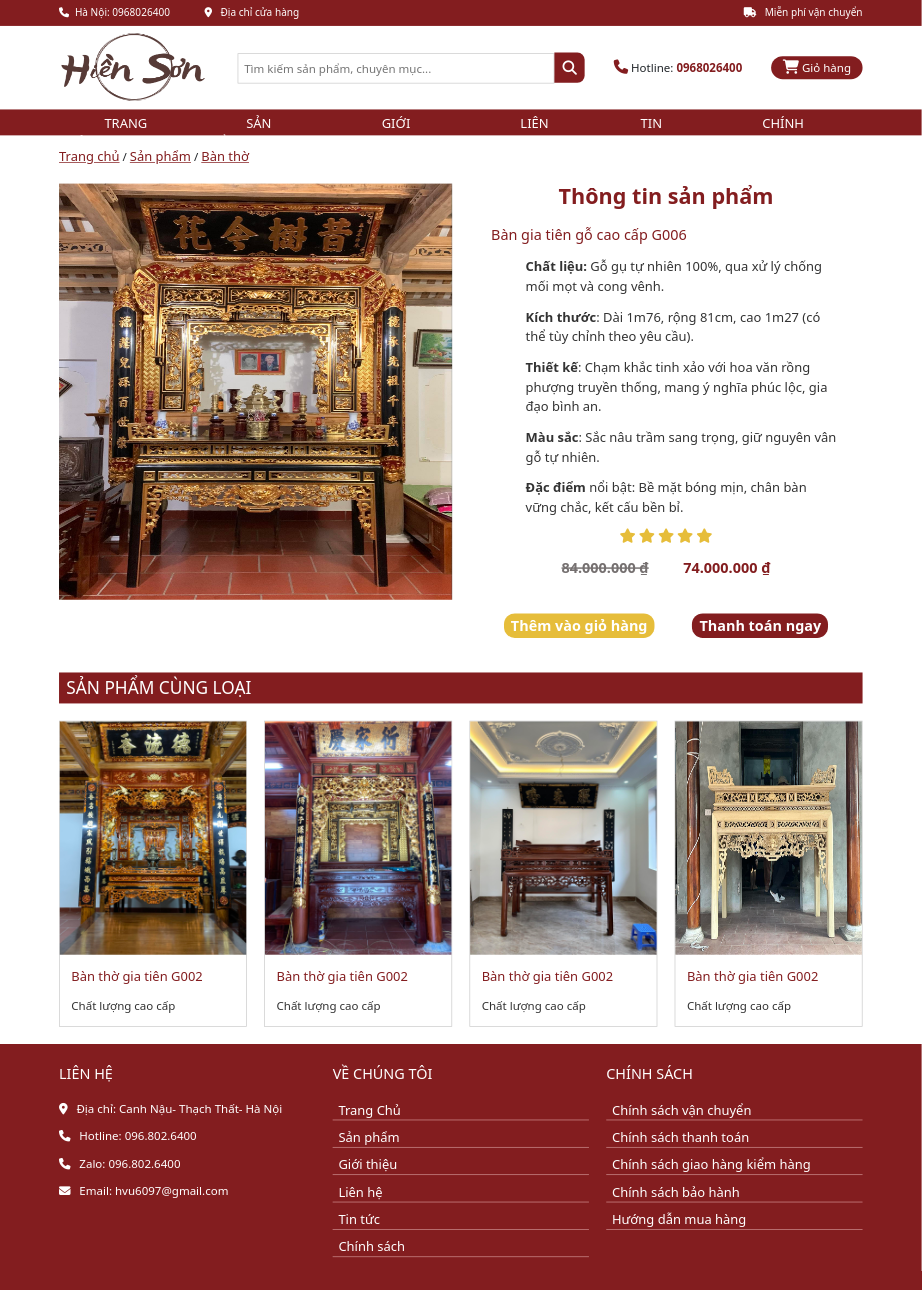
Repository: hoang28092000/do_go_hien_son
Page: product_details/ban_tho-g006.html
An editor plug-in stored every save of this project. The page is shown before and after the next save, followed by the edit.
The browser window is 1280 px wide. The pictures show the whole page, at 72% of full size.
Some web libraries are served in a nearby version.

Above is the page before, as saved 2024-08-10 22:10:30.

### product_details/ban_tho-g006.html
<!DOCTYPE html>
<html lang="en">
<head>
    <meta charset="UTF-8">
    <meta name="viewport" content="width=device-width, initial-scale=1.0">
    <link rel="stylesheet" href="../asset/style.css">
    <link rel="stylesheet" href="https://cdnjs.cloudflare.com/ajax/libs/font-awesome/6.6.0/css/all.min.css" integrity="sha512-Kc323vGBEqzTmouAECnVceyQqyqdsSiqLQISBL29aUW4U/M7pSPA/gEUZQqv1cwx4OnYxTxve5UMg5GT6L4JJg==" crossorigin="anonymous" referrerpolicy="no-referrer" />
    <link href="https://cdn.jsdelivr.net/npm/bootstrap@5.3.3/dist/css/bootstrap.min.css" rel="stylesheet" integrity="sha384-QWTKZyjpPEjISv5WaRU9OFeRpok6YctnYmDr5pNlyT2bRjXh0JMhjY6hW+ALEwIH" crossorigin="anonymous">
    <title>Bàn thờ gia tiên G006</title>
</head>
<body>
    <div id="header">
        <div class="top_header">
            <div class="container">
                <div class=" d-flex align-items-center justify-content-between pt-1">
                    <div class="d-flex">
                        <p class="mb-0 me-5"><a href="" class="txt-th">
                            <i class="fa-solid fa-phone icon-th pe-2"></i>Hà Nội: 0968026400
                        </a></p>
                        <p class="mb-0"><a href="" class="txt-th">
                            <i class="fa-solid fa-location-dot icon-th pe-2"></i>
                        Địa chỉ cửa hàng</a></p>
                    </div>
                    <p class="mb-0"><a href="" class="txt-th">
                        <i class="fa-solid fa-truck icon-th pe-2"></i>
                    Miễn phí vận chuyển</a></p>
                </div>
            </div>
        </div>
    </div>

        <div class="main_header py-2">
            <div class="container">
                <ul class="d-flex justify-content-between align-items-center ps-0 mb-0">
                    <li class="logo-hs">
                        <a href="../index.html"><img src="../asset/image/logo_1.png" class="logo-hd" alt=""></a>
                    </li>
                    <li class="search-hd">
                        <input type="text" class="input-search-hd" placeholder="Tìm kiếm sản phẩm, chuyên mục..."><i class="fa-solid fa-magnifying-glass icon-search_hd"></i>
                    </li>

                    <li class="contact-hd">
                        <i class="fa-solid fa-phone icon-hd "></i>
                        <span class="txt-hd">Hotline: <b style="color: #831d1f;">0968026400</b></span>
                    </li>

                    <li class="cart-hd">
                        <p class="mb-0 cart-list py-1 px-3">
                            <i class="fa-solid fa-cart-shopping icon-cart"></i><span class="txt-cart"> Giỏ hàng</span>
                        </p>
                    </li>
                </ul>
            </div>
        </div>

        <div class="bottom_header">
            <div class="container">
                <ul class="links d-flex justify-content-center align-items-center mb-0 ps-0">
                    <li class="link "><a href="../index.html" class="txt-link">TRANG CHỦ</a></li>
                    <li class="link"><a href="../website/product.html" class="txt-link">SẢN PHẨM</a></li>
                    <li class="link"><a href="../website/about-us.html" class="txt-link">GIỚI THIỆU</a></li>
                    <li class="link"><a href="../website/contact.html" class="txt-link">LIÊN HỆ</a></li>
                    <li class="link"><a href="../website/news.html" class="txt-link">TIN TỨC</a></li>
                    <li class="link"><a href="../website/policy.html" class="txt-link">CHÍNH SÁCH</a></li>
                 </ul>
            </div>
        </div>
    </div>
    <div class="main-product_details">
        <div class="container">
            <div class="links-product_details pt-3 pb-4">
                <a href="../index.html" class="link-pd">Trang chủ</a>
                <span class="slash"> /</span>
                <a href="../website/product.html" class="link-pd">Sản phẩm</a>
                <span class="slash"> /</span>
                <a href="../website/product.html" class="link-pd">Bàn thờ</a>
            </div>

            <div class="card-p_details">
                <div class="row">
                    <div class="col-lg-6">
                        <img src="../asset/image/anhn1.jfif" alt="" class="img-p_details w-100">
                    </div>
                    <div class="col-lg-6">
                        <div class="info-p_details">
                            <h3 class="name-p_details">
                                Thông tin sản phẩm
                            </h3>

                            <div class="desc-info-pd">
                                <p class="heading-pd">
                                    Bàn gia tiên gỗ cao cấp G006
                                </p>
                                <p class="txt-pd ps-5">
                                    <b>Chất liệu:</b> Gỗ gụ tự nhiên 100%, qua xử lý chống mối mọt và cong vênh.
                                </p>
                                <p class="txt-pd ps-5">
                                    <b>Kích thước</b>: Dài 1m76, rộng 81cm, cao 1m27 (có thể tùy chỉnh theo yêu cầu).
                                </p>
                                <p class="txt-pd ps-5">
                                    <b>Thiết kế</b>: Chạm khắc tinh xảo với hoa văn rồng phượng truyền thống, mang ý nghĩa phúc lộc, gia đạo bình an.
                                </p>
                                <p class="txt-pd ps-5">
                                    <b>Màu sắc</b>: Sắc nâu trầm sang trọng, giữ nguyên vân gỗ tự nhiên.
                                </p>
                                <p class="txt-pd ps-5">
                                    <b>Đặc điểm</b> nổi bật: Bề mặt bóng mịn, chân bàn vững chắc, kết cấu bền bỉ.
                                </p>
                                <div class="evaluate ">
                                    <i class="fa-solid fa-star icon-star"></i>
                                    <i class="fa-solid fa-star icon-star"></i>
                                    <i class="fa-solid fa-star icon-star"></i>
                                    <i class="fa-solid fa-star icon-star"></i>
                                    <i class="fa-solid fa-star icon-star"></i>

                                </div>
                                <div class="prices-pd d-flex justify-content-center my-3">
                                    <p class="price-pd mb-0">84.000.000 ₫</p>
                                    <p class="price_sold_out mb-0 ps-5">74.000.000 ₫</p>
                                </div>
                                <div class="pay text-center mt-5" >
                                    <button class="add_cart me-5">Thêm vào giỏ hàng</button>
                                    <button class="buy">Thanh toán ngay</button>
                                </div>
                        </div>
                    </div>
                </div>
            </div>
            <h3 class="title-pd mt-5">
                SẢN PHẨM CÙNG LOẠI
            </h3>
            <div class="pd-relate my-4">
                <div class="row">
                    <div class="col-lg-3">
                        <a href="" class="a-link_pd">
                            <div class="card-pd">
                                <img src="../asset/image/anhn3.jfif" alt="this is picture" class="w-100 img-relate">
                                <p class="name-product_r mt-3 px-3">Bàn thờ gia tiên G002</p>
                                <p class="info-pd_r px-3">Chất lượng cao cấp</p>
                            </div>
                        </a>
                    </div>
                    <div class="col-lg-3">
                        <a href="" class="a-link_pd">
                            <div class="card-pd">
                                <img src="../asset/image/anhn4.jfif" alt="this is picture" class="w-100 img-relate">
                                <p class="name-product_r mt-3 px-3">Bàn thờ gia tiên G002</p>
                                <p class="info-pd_r px-3">Chất lượng cao cấp</p>
                            </div>
                        </a>
                    </div>
                    <div class="col-lg-3">
                        <a href="" class="a-link_pd">
                            <div class="card-pd">
                                <img src="../asset/image/anhn5.jfif" alt="this is picture" class="w-100 img-relate">
                                <p class="name-product_r mt-3 px-3">Bàn thờ gia tiên G002</p>
                                <p class="info-pd_r px-3">Chất lượng cao cấp</p>
                            </div>
                        </a>
                    </div>
                    <div class="col-lg-3">
                        <a href="" class="a-link_pd">
                            <div class="card-pd">
                                <img src="../asset/image/anhn7.jfif" alt="this is picture" class="w-100 img-relate">
                                <p class="name-product_r mt-3 px-3">Bàn thờ gia tiên G002</p>
                                <p class="info-pd_r px-3">Chất lượng cao cấp</p>
                            </div>
                        </a>
                    </div>
                </div>
            </div>
        </div>
    </div>


    <div id="footer" class="mt-3">
        <div class="container">
            <div class="row">
                <div class="col-lg-4">
                    <h4 class="title-ft">LIÊN HỆ</h4>
                    <ul class="list-info">
                        <li>
                            <i class="fa-solid fa-location-dot icon-ft pe-2"></i>
                            <span class="txt-ft">Địa chỉ: Canh Nậu- Thạch Thất- Hà Nội</span>
                        </li>
                        <li>
                            <i class="fa-solid fa-phone icon-ft pe-2"></i>
                            <span class="txt-ft">Hotline: 096.802.6400</span>
                        </li>
                        <li>
                            <i class="fa-solid fa-phone icon-ft pe-2"></i>
                            <span class="txt-ft">Zalo: 096.802.6400    </span>
                        </li>
                        <li>
                            <i class="fa-solid fa-envelope icon-ft pe-2"></i>
                           <span class="txt-ft">Email: hvu6097@gmail.com</span>
                        </li>
                    </ul>
                </div>
                <div class="col-lg-4">
                    <h4 class="title-ft">
                        VỀ CHÚNG TÔI
                    </h4>
                    <ul class="list-links ps-0">
                        <li class="item-link"><a href="../index.html" class="link-ft">Trang Chủ </a></li>
                        <li class="item-link"><a href="../website/product.html" class="link-ft">Sản phẩm</a></li>
                        <li class="item-link"><a href="../website/about-us.html" class="link-ft">Giới thiệu</a></li>
                        <li class="item-link"><a href="../website/contact.html" class="link-ft">Liên hệ</a></li>
                        <li class="item-link"><a href="../website/news.html" class="link-ft">Tin tức</a></li>
                        <li class="item-link"><a href="../website/policy.html" class="link-ft">Chính sách</a></li>
                    </ul>
                </div>
                <div class="col-lg-4">
                    <h4 class="title-ft">
                       CHÍNH SÁCH
                    </h4>
                    <ul class="list-links ps-0">
                        <li class="item-link"><a href="../website/policy.html" class="link-ft">Chính sách vận chuyển </a></li>
                        <li class="item-link"><a href="../website/policy.html" class="link-ft">Chính sách thanh toán</a></li>
                        <li class="item-link"><a href="../website/policy.html" class="link-ft">Chính sách giao hàng kiểm hàng</a></li>
                        <li class="item-link"><a href="../website/policy.html" class="link-ft">Chính sách bảo hành</a></li>
                        <li class="item-link"><a href="../website/policy.html" class="link-ft">Hướng dẫn mua hàng</a></li>
                    </ul>
                </div>

            </div>
        </div>
    </div>
</body>
</html>

### asset/style.css
*{
    padding: 0px;
    margin: 0px ;
    box-sizing: border-box;
    list-style: none;
}

.top_header{
    height: 36px;
    background-color: #831d1f;
}

.top_header .txt-th{
    color: #fff;
    font-size: 14px;
    text-decoration: none;
    font-weight: 500;
}

.top_header .icon-th{
    color: #fff;
}
.top_header .txt-th:hover,
.top_header .icon-th:hover{
    opacity: 0.7;
}

.main_header .logo-hd{
    height: 100px;
    width: 208px;
}
.main_header .input-search-hd{
    font-size: 16px;
    color: #333;
    padding-left: 8px;
    width: 440px;
    height: 42px;
    border: 1px solid #ccc;
    outline: none;
}
.main_header .icon-search_hd{
    font-size: 20px;
    background-color: #831d1f;
    padding: 11px;
    color: #fff;
    border-radius: 0 10px 10px 0;
}
.main_header .icon-search_hd:hover{
    opacity: 0.7;
    cursor: pointer;
}
.main_header .contact-hd .icon-hd{
    font-size: 20px;
    color: #831d1f;
}
.cart-hd .cart-list{
    background-color: #831d1f;
    border-radius: 16px;
}
.cart-hd .txt-cart{
    font-size: 16px;
    font-weight: 500;
    color: #fff;
}
.cart-hd .icon-cart{
    font-size: 20px;
    color: #fff;
}
.cart-hd .cart-list:hover{
    opacity: 0.7;
    cursor: pointer;
}

.bottom_header{
    height: 36px;
    background-color: #831d1f;
}
.bottom_header .links{
    list-style: none;
    padding-top: 6px;
}

.links .txt-link{
    text-decoration: none;
    font-size: 18px;
    font-weight: 500;
    color: #fff;
    padding: 7px 63px 5px;
}
/* .links .txt-link:first-child{
    padding-left:0 ;

}
.links .txt-link:last-child{
    padding-right:0 ;
} */
.links .txt-link:hover{
    cursor: pointer;
    background-color: #bd7071;
}


/* Main*/
#main{
    padding: 20px 0;
}

.left-main .product_portfolio .txt_portfolio{
    font-size: 18px;
    font-weight: 600;
    padding: 4px 10px 4px 0;
    text-align: center;
    background-color: #831d1f;
    color: #fff;
}

.left-main .list_portfolio .items-product{
    border-bottom: 1px solid #ccc;
    padding: 10px 0 4px;
}

.left-main .list_portfolio .items-product:hover{
    background-color: #bd7071;
    color: #fff;
    cursor: pointer;
}
.left-main .list_portfolio .items-product:hover .txt-porduct {
    color: #fff;
}

.left-main .list_portfolio .txt-porduct{
    font-size: 18px;
    color: #333;
    text-decoration: none;
    padding-left: 4px;
    font-weight: 500;
}

/* right-main */

.right-main .first_news .txt-title{
    font-size: 32px;
    font-weight: 600;
    color: #fff;
    background-color: #831d1f;
    padding-left: 10px;

}
.right-main .first_news .hr-title{
    height: 3px;
    background-color: rgb(83, 19, 19);
}
.right-main .first_news .img-rm{
    height: 700px;
}

.right-main .first_news .title-news{
    font-size: 24px;
    font-weight: 500;
    color: #333;

}
.right-main .first_news .txt-bnews{
    font-size: 22px;
    font-weight: 500;
    color: #333;
}
.right-main .first_news .txt-news{
    font-size: 18px;
    color: 16px;
    padding-left: 40px;
    font-weight: 400;
}

.right-main .first_news  .btxt-news{
    font-size: 20px;
    font-weight: 400;
    color: #333;
    padding-left: 20px;
}


/* Main product */
#main .product .img-product{
    height: 412px;
}
#main .product{
    box-shadow: 0px 0px 5px 4px #ccc;
    padding-bottom: 20px;
}
.link-product{
    text-decoration: none;

}
.product .name-product{
    font-size: 18px;
    color: #333;
    font-weight: 500;
    text-align: center;

}
.product .sold-out{
    font-size: 16px;
    color: #757070;
    text-align: center;
}
.product .price-pr{
    font-size: 18px;
    font-weight: 500;
    color: #757070;
    text-decoration: line-through;
}
.product .price-promotion{
    font-size: 18px;
    font-weight: 500;
    color: #fff;
    background-color: #831d1f;
    border-radius: 20px;
    text-align: center;
    padding: 4px 10px;
}
.product .icon_cart-product{
    font-size: 20px;
    color: #831d1f;
    margin-left: 10px;
}

#main .relate_news .title_relate{
    font-size: 24px;
    color: #fff;
    background-color: #831d1f;
    padding: 8px 0 8px 8px;
}
.relate_news .link-relate{
    text-decoration: none;
}
.relate_news .card-relate{
    padding-bottom: 20px;
    box-shadow: 0px 0px 5px 4px #ccc;
}
.card-relate .img-relate{
    height: 229px;
}
.card-relate .info_relate{
    padding: 20px 20px 0 20px;
}
.card-relate .info_relate .h-relate{
    font: size 18px;
    color: #333;
    font-weight: 500;
}
.card-relate .info_relate .desc-relate{
    font-size: 16px;
    font-weight: 400;
    color: #333;
}




/* main about-us */
.main_about-us .title-as{
    font-size: 30px;
    font-weight: 600;
    color: #831d1f;
    text-align: center;
}
.main_about-us .hr-as{
    width: 200px;
    height: 4px;
    background-color: #831d1f;
    margin: 0 auto;
}
.main_about-us .heading-txt{
    font-size: 20px;
    font-weight: 500;
    color: #333;
}

.main_about-us .desc-as{
    font-size: 18px;
    color: #333;
    line-height: 1.8;
}


/* main contact */

.main-contact .title-contact{
    font-size: 30px;
    font-weight: 600;
    color: #831d1f;
    text-align: center;
}

.main-contact .my-info{
    box-shadow: 0px 0px 5px 4px #ccc;
    padding:  20px ;
    height: 437px;
}
.main-contact .my-info .logo-info{
    width: 100px;
    height: 100px;
    border: 2px double #831d1f;

}
.main-contact .my-info .icon-contact{
    font-size: 20px;
    color: #831d1f;
}

.main-contact .my-info .your-info{
    font-size: 22px;
    font-weight: 500;
    color: #831d1f;
    text-align: center;
}
.main-contact .my-info .txt-yi{
    font-size: 18px;
    color: #333;
    font-weight: 500;
}

.main-contact .my-info .input-yi{
    width: 100%;
    outline: none;
    border: 1px solid #ccc;
    padding : 4px 0 4px 6px;
}
.main-contact .text-contact{
    font-size: 18px;
    color: #831d1f;
    font-weight: 500;
    text-align: center;
}
.main-contact .btn-submit{
    border-radius: 10px;
    background-color: #831d1f;
    color: #fff;
    padding: 6px 30px;
    font-size: 18px;
}


/* main-news*/
.main-news .title-news{
    font-size: 24px;
    font-weight: 500;
    color: #831d1f;
    border-bottom: 5px solid #831d1f;
}
.main-news .img-news{
    height: 205px;
}

.main-news .link-news{
    text-decoration: none;
}

.main-news .card-news{
    height: 373px;
    border: 1px solid #ccc;
}

.main-news .link-news .info-news{
    padding: 0 8px;
}

.main-news .link-news .heading-news{
    font-size: 18px;
    font-weight: 500;
    color: #333;
    padding-top: 16px;
    margin-bottom: 0;
}
.main-news .link-news .desc-news{
    font-size: 16px;
    font-weight: 400;
    color: #333;
    margin-top: 4px;
    margin-bottom: 0;
}
.main-news .link-news .time-up{
    font-size: 12px;
    color: #757070;
    font-style: italic;
    padding: 10px 0 20px;
    float: right ;
}

/*main policy  */
.main-policy .title-policy{
    font: 30px;
    color: #831d1f;
    font-weight: 700;
    text-align: center;
    padding-top: 40px;
}
.main-policy .hr-policy{
    width: 200px;
    height: 4px;
    background-color: #831d1f;
    margin: 0 auto;
}
.main-policy .info-policy{
    margin-bottom: 32px;
}

.main-policy .heading-policy{
    font-size: 20px;
    color: #333;
    font-weight: 500;
}

.main-policy .txt-policy{
    padding-left: 20px;
}


/* main thiết kế phòng thờ hợp phong thủy */
.main-design_news .title-ds_news{
    font-size: 30px;
    font-weight: 700;
    color: #831d1f;
    margin-top: 30px;
    text-align: center;
}
.main-design_news .desc-news{
    font-size: 20px;
    color: #333;
    font-weight: 400;
    line-height: 1.7;
}
.main-design_news .img-news{
    height: 400px;
    width: 45%;
    padding: 10px 20px;
}
.main-design_news .desc-img{
    font-size: 16px;
    color: #423e3e;
    font-style: italic;
    text-align: center;
    padding-top: 20px;
}
.main-design_news .title_desc-news{
    font-size: 24px;
    font-weight: 600;
}


/* main- san pham chi tiet */

.main-product_details .links-product_details .link-pd{
    color: #831d1f;
    font-size: 18px;
    font-weight: 400;

}
.main-product_details .img-p_details{
    height: 578px;
}
.main-product_details .info-p_details{
    padding: 0 30px;

}
.main-product_details .info-p_details .name-p_details{
    font-size: 30px;
    color: #831d1f;
    font-weight: 600;
    text-align: center;
}
.info-p_details .desc-info-pd .heading-pd{
    font-size: 20px;
    color: #831d1f;
    font-weight: 500;
    margin-top: 20px;
}
.desc-info-pd .txt-pd{
    font-size: 18px;
    color: #333;
    font-weight: 400;
}
.desc-info-pd .evaluate{
    text-align: center;
}
.desc-info-pd .icon-star{
    font-size: 20px;
    color: #e6bd3a;
    margin: 0 auto;
}
.desc-info-pd .price-pd{
    font-size: 20px;
    color: #757070;
    font-weight: 600;
    text-decoration: line-through;
}
.desc-info-pd .price_sold_out{
    font-size: 20px;
    color: #831d1f;
    font-weight: 600;
    border-radius: 15px;
}
.desc-info-pd .pay .add_cart{
    font-size: 20px;
    color: #fff;
    font-weight: 600;
    background-color: #e6bd3a;
    border: none;
    border-radius: 15px;
    padding: 2px 10px;
}
.desc-info-pd .pay .buy{
    font-size: 20px;
    color: #fff;
    font-weight: 600;
    background-color: #831d1f;
    border: none;
    border-radius: 15px;
    padding: 2px 10px;
}
 .main-product_details .title-pd{
    font-size: 24px;
    color: #fff;
    background: #831d1f;
    padding: 7px 0 7px 10px;

 }
 .main-product_details  .hr-pd{
    background-color: #831d1f;
    height: 4px;
 }
.main-product_details .a-link_pd{
    text-decoration: none;
}
 .main-product_details .card-pd{
    border: 1px solid #ccc;

 }
 .main-product_details .card-pd .img-relate{
    height: 324px
 }
 .main-product_details .a-link_pd .card-pd .name-product_r{
    font-size: 18px;
    color: #831d1f;
    font-weight: 500;
 }
 .main-product_details .a-link_pd .card-pd .info-pd_r{
    font-size: 16px;
    color: #333;
    font-weight: 400;
 }





/* footer */
#footer{
    background-color: #831d1f;
    padding: 30px 0;
}
#footer .title-ft{
    font-size: 20px;
    font-weight: 500;
    color: #fff;
    margin-bottom: 24px;
}
#footer .list-info{
    padding-left: 0;
}
#footer .txt-ft ,
.icon-ft{
    color: #fff;
    font-size: 16px;
    font-weight: 400;
    padding-bottom: 18px;
}
#footer .list-links .link-ft{
    font-size: 18px;
    color: #fff;
    font-weight: 400;
    text-decoration: none;
    padding-left: 8px;
}
#footer .list-links .item-link{
    border-bottom: 1px solid #cc8b8b;
    margin-bottom: 10px;
}
#footer .list-links .item-link:hover{
    background-color: #bd7071;
    cursor: pointer;

}

After the next save:
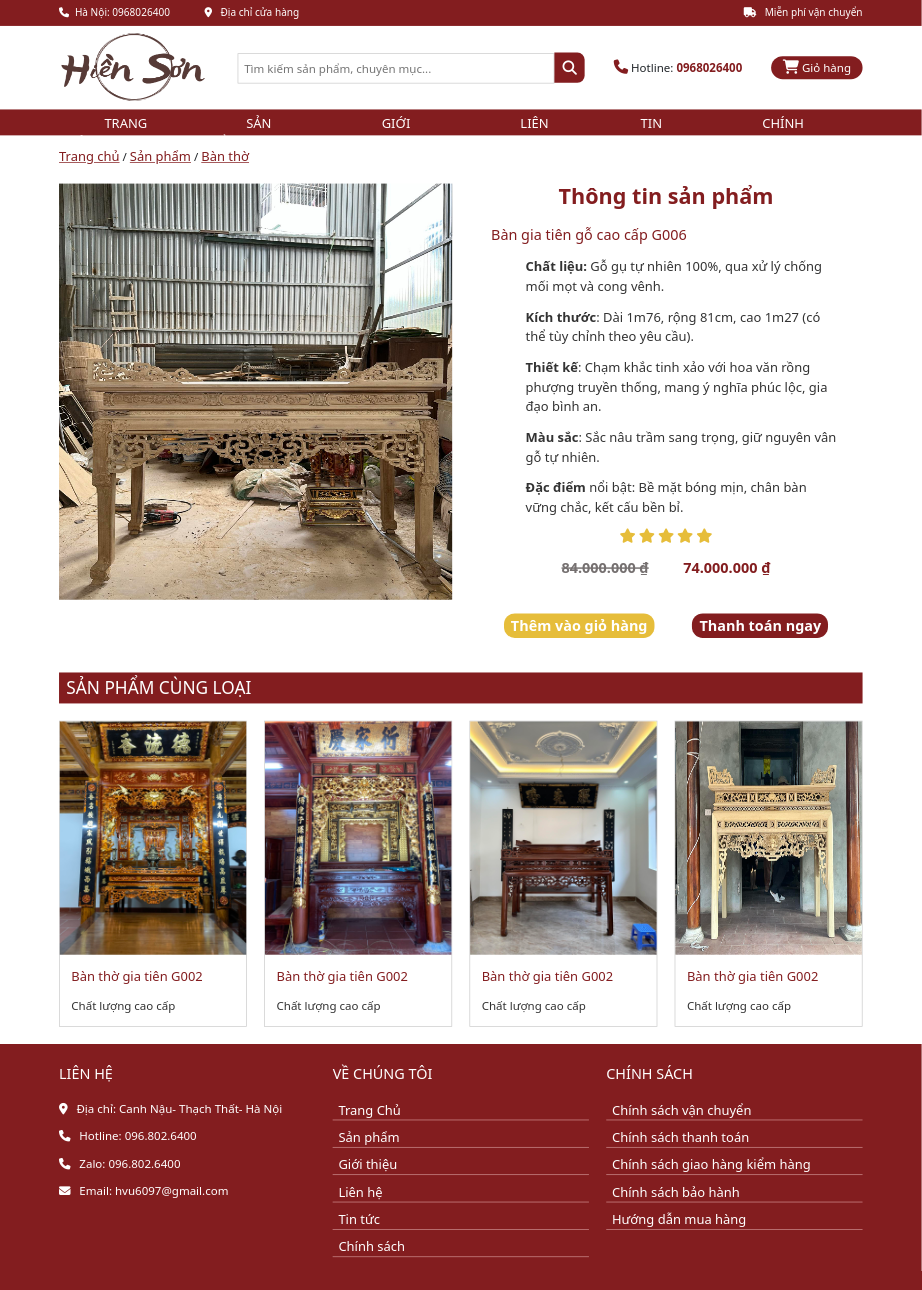
Saved 5 s later.
--- a/product_details/ban_tho-g006.html
+++ b/product_details/ban_tho-g006.html
@@ -79,7 +79,7 @@
             <div class="card-p_details">
                 <div class="row">
                     <div class="col-lg-6">
-                        <img src="../asset/image/anhn1.jfif" alt="" class="img-p_details w-100">
+                        <img src="../asset/image/anhn8.jfif" alt="" class="img-p_details w-100">
                     </div>
                     <div class="col-lg-6">
                         <div class="info-p_details">
